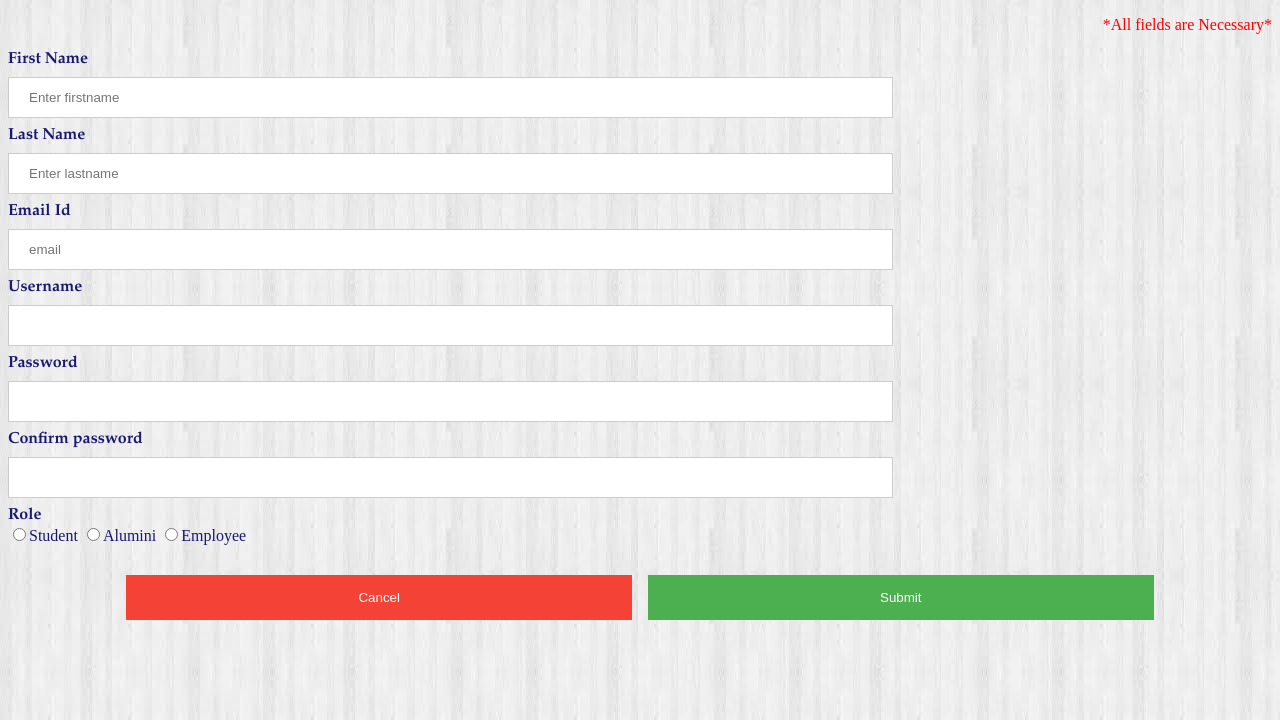
Repository: SwapnilYeldi/Project-2
Page: frontend/WebContent/views/registrationform.html
The author's editor kept a copy of each file at every save. The page is drawn from the files as they stood at one save, then again after the next save.
The browser window is 1280 px wide. The pictures show the whole page.

Above is the page before, as saved 2017-07-19 07:36:40.

### frontend/WebContent/views/registrationform.html

<!DOCTYPE html PUBLIC "-//W3C//DTD HTML 4.01 Transitional//EN" "http://www.w3.org/TR/html4/loose.dtd">
<html>
<head>

<meta http-equiv="Content-Type" content="text/html; charset=ISO-8859-1">
<title>Register</title>




<style>
input[type=text], input[type=password] {
    width: 70%;
    padding: 12px 20px;
    margin: 8px 0;
    display: inline-block;
    border: 1px solid #ccc;
    box-sizing: border-box;
}

.cancelbtn {
color: white;
    padding: 15px 40px;
    margin: 30px 0;
    border: none;
    cursor: pointer;
   background-color: #f44336;
    width:40%;
}
.signupbtn {
color: white;
    padding: 15px 40px;
    margin: 30px 0;
    border: none;
    cursor: pointer;
background-color: #4CAF50;
    float: center;
    width: 40%;
}
</style>

</head>

<body background ="images\login.jpg">

<script type="text/javascript">
function checkPass()
{
	var x=document.getElementById("pass").value;
	var y=document.getElementById("cpass").value;
	if(x!=y)
	{
		alert("both passwords should be same");
		return false;
	}

	else
		{
		 alert("Your registration has been completed successfully");

		}

	}


</script>

 <form> <!-- action="user" method="POST" onsubmit="return checkPass()"> -->
<font color="MIDNIGHTBLUE">
<div class="container">
<p align="right">
<label><font color="red"> *All fields are Necessary*</font></label><br></p>
<label><b><font face="Garamond">First Name</b></font></label><br>
<input type="text" ng-model="user.firstname" placeholder="Enter firstname"><br>
<label><font face="Garamond"><b>Last Name</b></font></label><br>
<input type="text" ng-model="user.lastname" placeholder="Enter lastname"><br>
<!-- <label><font face="Garamond"><b>User Name-*Generate new user name</b></font></label><br>
<input type="text" name="uname"  required><br> -->

<label><font face="Garamond"><b>Email Id</b></font></label><br>
<input type="text" ng-model="user.email" placeholder="email"><br>

<label><font face="Garamond"><b>Username</b></font></label><br>
<input type="text" ng-model="user.username"><br>
<label><font face="Garamond"><b> Password</b></font></label><br>
<input type="password" id=pass ng-model="user.password"><br>

<label><font face="Garamond"><b>Confirm password</b></font></label><br>
<input type="password" id="cpass" name="confirmpass"><br>

<label><font face="Garamond"><b>Role</b></font></label><br>
<input type="radio" ng-model="user.role" value="Student">Student
<input type="radio" ng-model="user.role" value="Alumini">Alumini
<input type="radio" ng-model="user.role" value="Employee">Employee<br>




</div>
<center>
<!-- <h4><input type="checkbox" checked="checked">I Agree<a href="#"><u>Terms and Privacy.</u></a></h3> -->
<input type="button" class="cancelbtn" value="Cancel">&nbsp;&nbsp;&nbsp;
<input type="submit" class="signupbtn"  ng-click="register()"><center>

	</font>
</form>



</body>

</html>



<!-- <div>
{{error.message}}

<form>
Enter firstname: <input type="text" ng-model="user.firstname" placeholder="Enter firstname"><br>
Enter lasstname: <input type="text" ng-model="user.lastname" placeholder="Enter lastname"><br>
Enter email: <input type="text" ng-model="user.email" placeholder="email"><br>
Enter username: <input type="text" ng-model="user.username"><br>
Enter password: <input type="password" ng-model="user.password"><br>
Enter Role: <input type="radio" ng-model="user.role" value="Student">Student
<input type="radio" ng-model="user.role" value="Alumini">Alumini
<input type="radio" ng-model="user.role" value="Employee">Employee<br>
<input type="submit" ng-click="register()"><br>

</form>
</div> -->

After the next save:
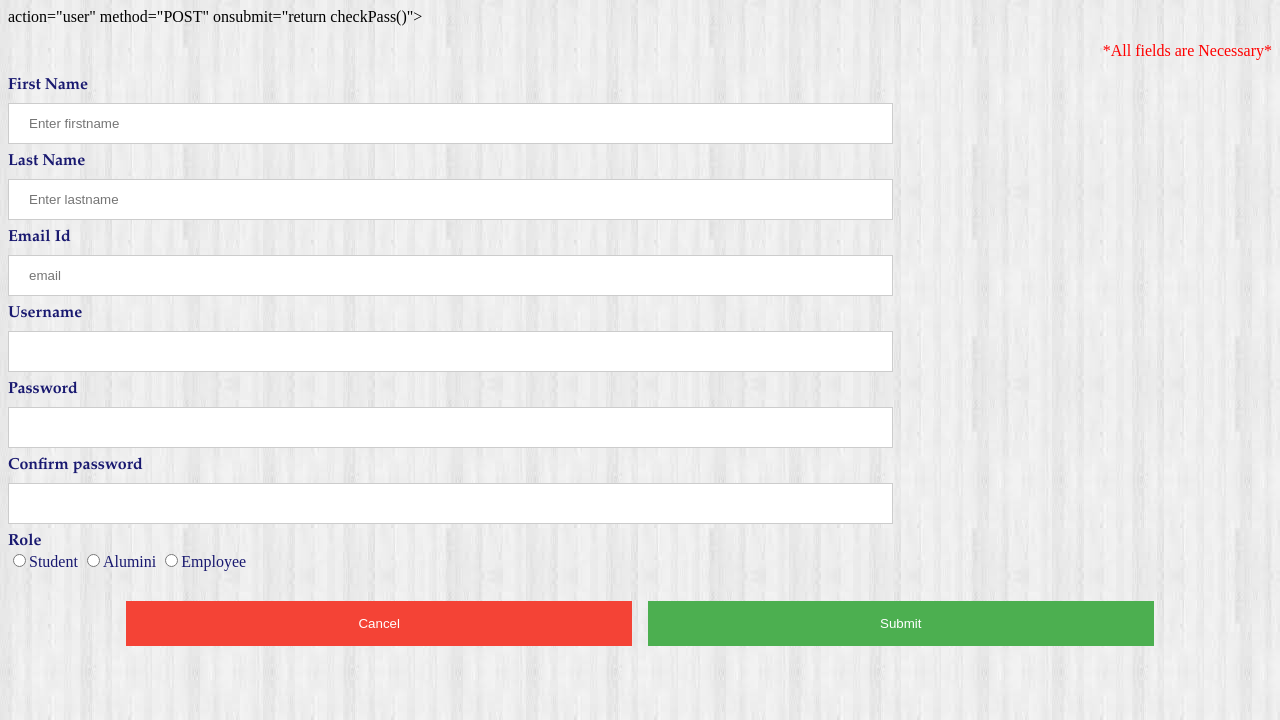
Saved 4 min 18 s later.
--- a/frontend/WebContent/views/registrationform.html
+++ b/frontend/WebContent/views/registrationform.html
@@ -66,7 +66,7 @@
 
 </script>
 
- <form> <!-- action="user" method="POST" onsubmit="return checkPass()"> -->
+ <form> action="user" method="POST" onsubmit="return checkPass()">
 <font color="MIDNIGHTBLUE">
 <div class="container">
 <p align="right">

After the save that followed:
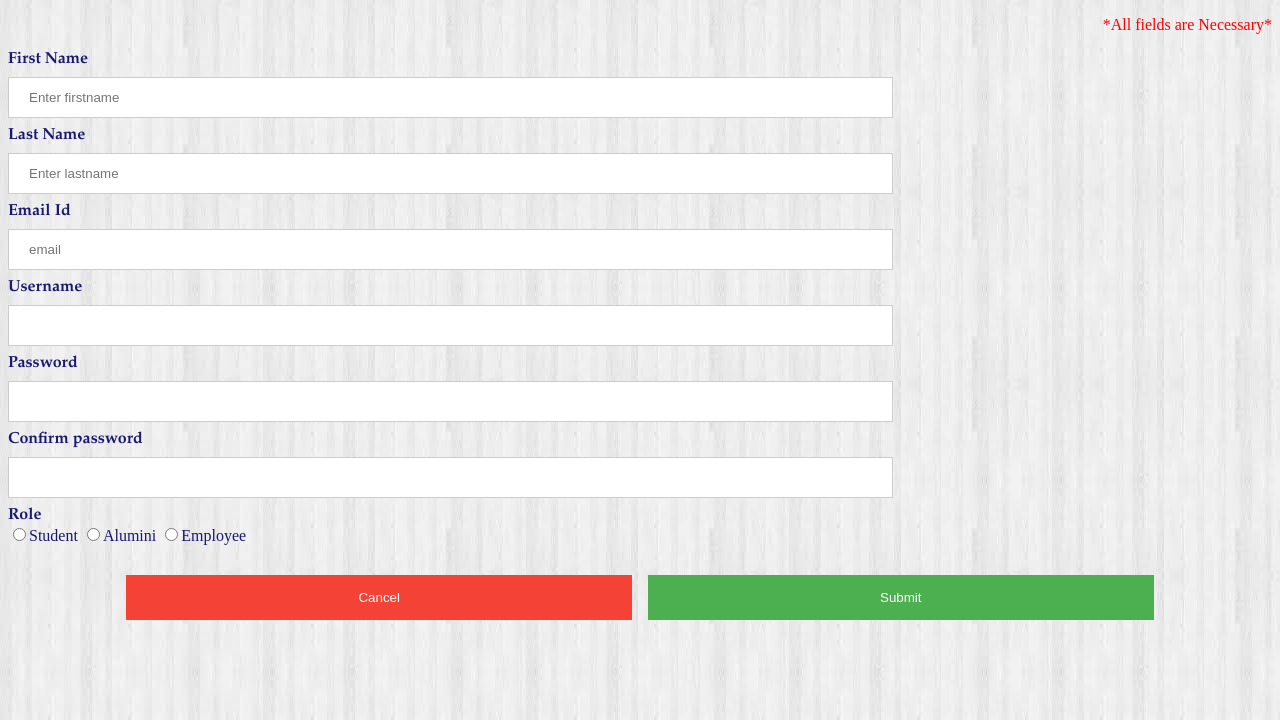
Saved 41 s later.
--- a/frontend/WebContent/views/registrationform.html
+++ b/frontend/WebContent/views/registrationform.html
@@ -66,7 +66,7 @@
 
 </script>
 
- <form> action="user" method="POST" onsubmit="return checkPass()">
+<form action="user" method="POST" onsubmit="return checkPass()">
 <font color="MIDNIGHTBLUE">
 <div class="container">
 <p align="right">
